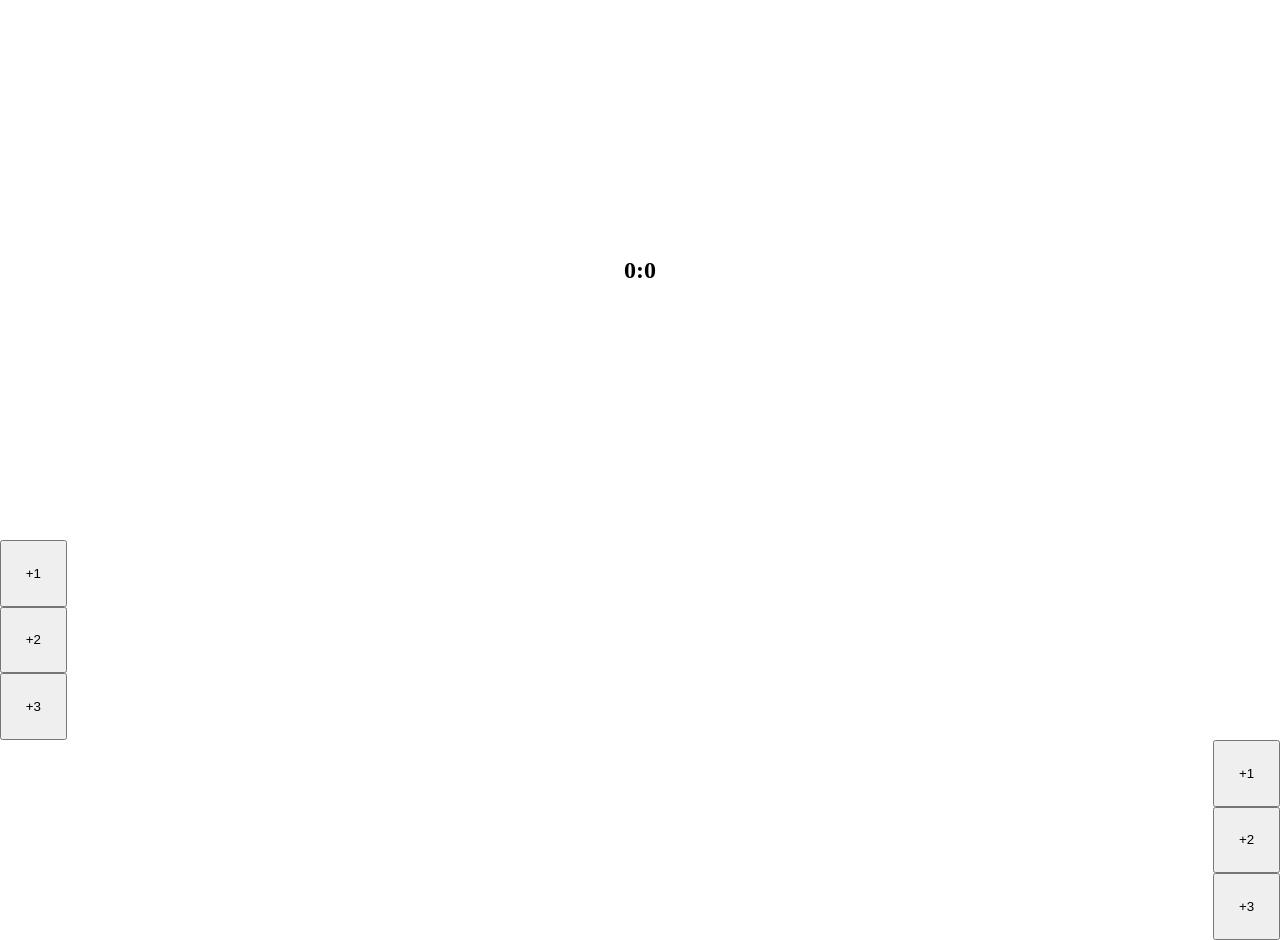
Repository: bollo89/scoreBoard
Page: index.html
An editor plug-in stored every save of this project. The page is shown before and after the next save, followed by the edit.
The browser window is 1280 px wide. The pictures show the whole page.

Above is the page before, as saved 2022-01-21 12:20:03.

After the next save:
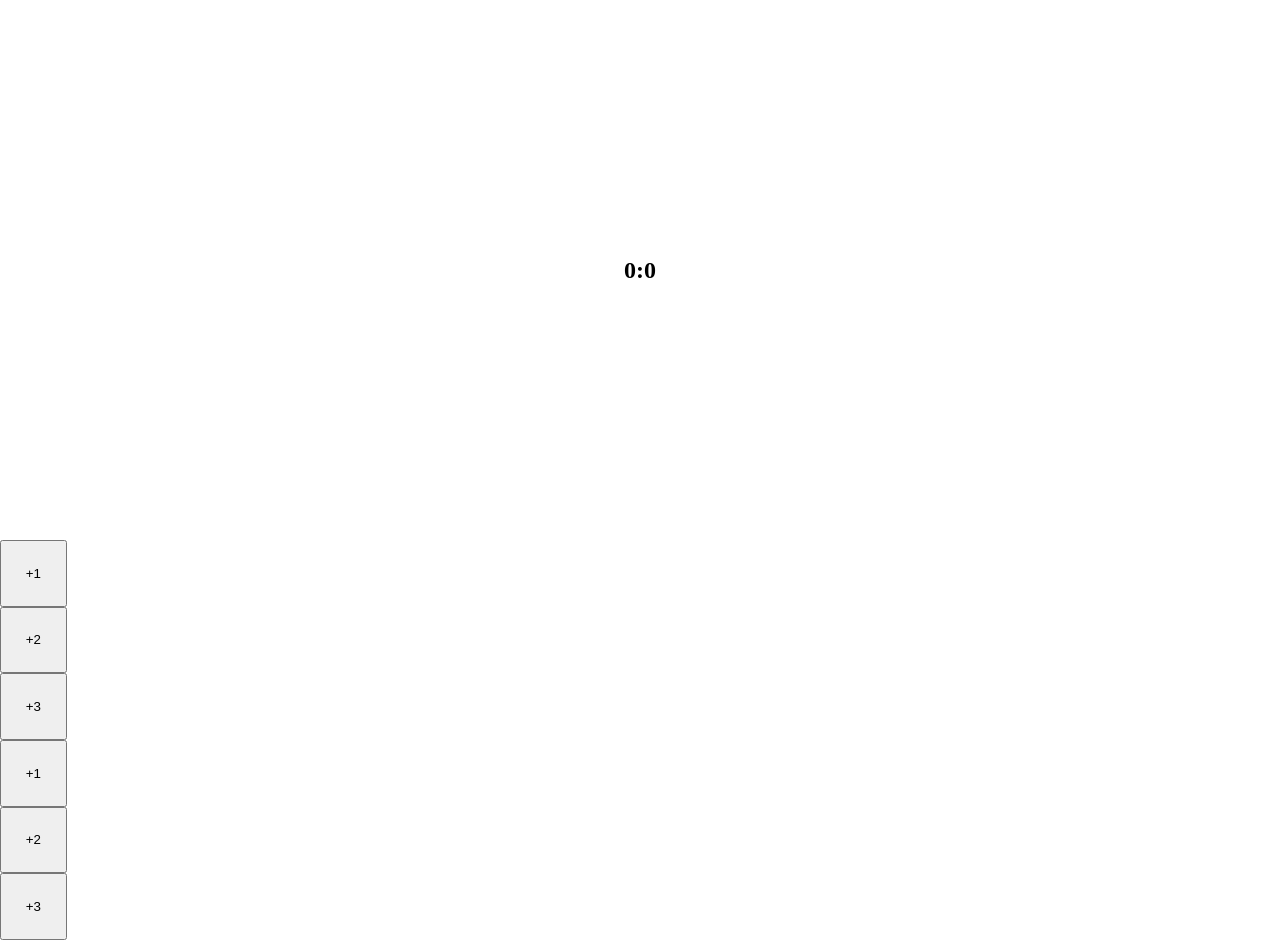
Saved 36 s later.
--- a/style.css
+++ b/style.css
@@ -22,15 +22,12 @@
 }
 .btnsH {
 
-    flex-direction: column;
+
     align-items: flex-start;
     justify-content: flex-start;
 }
 .btnsA {
-    display: flex;
-    flex-direction: column;
-    align-items: flex-end;
-    justify-content: space-around;
+
 }
 .btn1h , .btn2h , .btn3h {
     height: 5em;

After the save that followed:
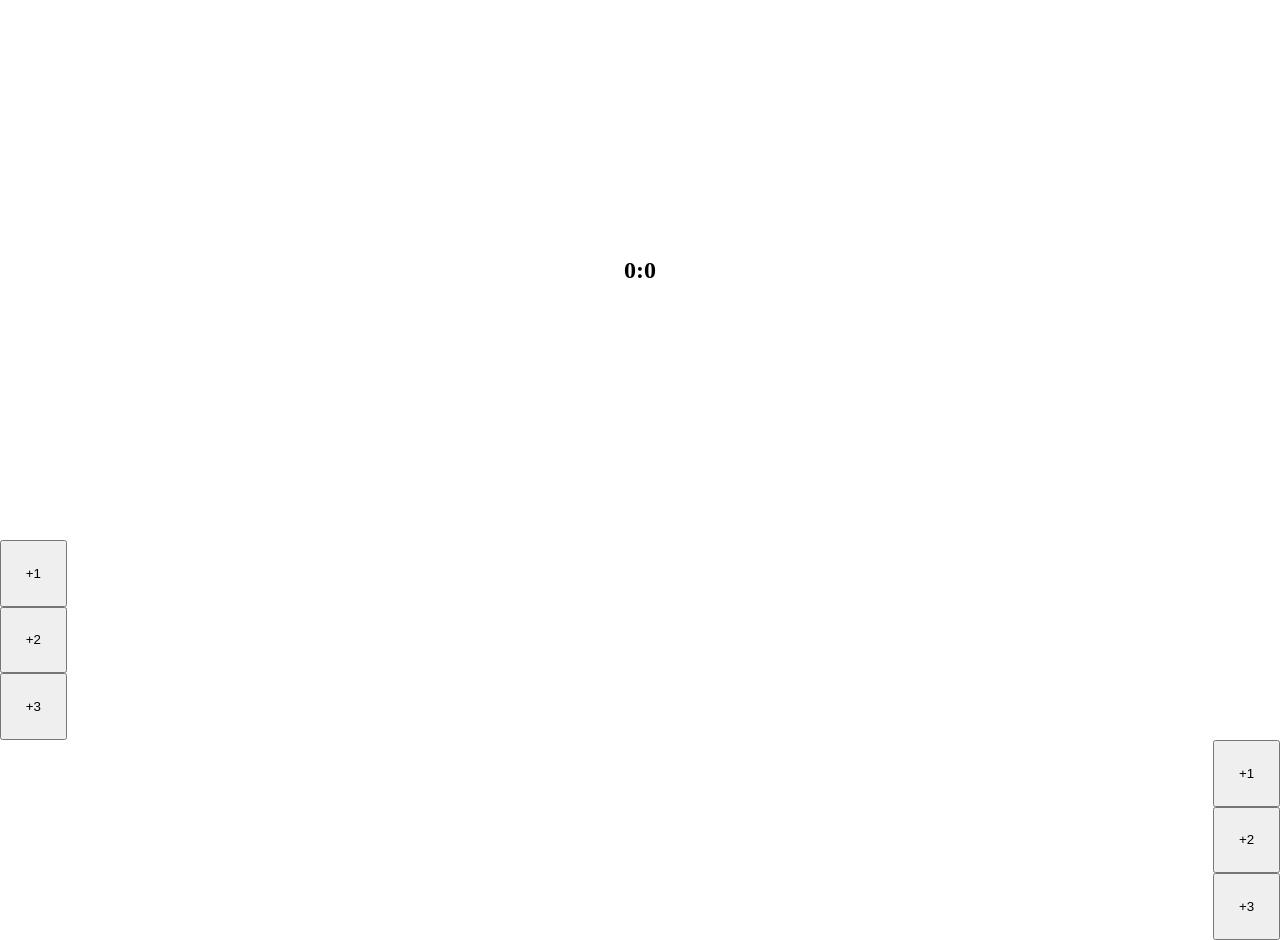
Saved 33 s later.
--- a/style.css
+++ b/style.css
@@ -19,6 +19,7 @@
     flex-direction: column;
     align-items: flex-end;
     justify-content: space-around;
+    flex-wrap: wrap;
 }
 .btnsH {
 
@@ -27,7 +28,10 @@
     justify-content: flex-start;
 }
 .btnsA {
-
+    display: flex;
+    flex-direction: column;
+    align-items: flex-end;
+    justify-content: space-around;
 }
 .btn1h , .btn2h , .btn3h {
     height: 5em;
